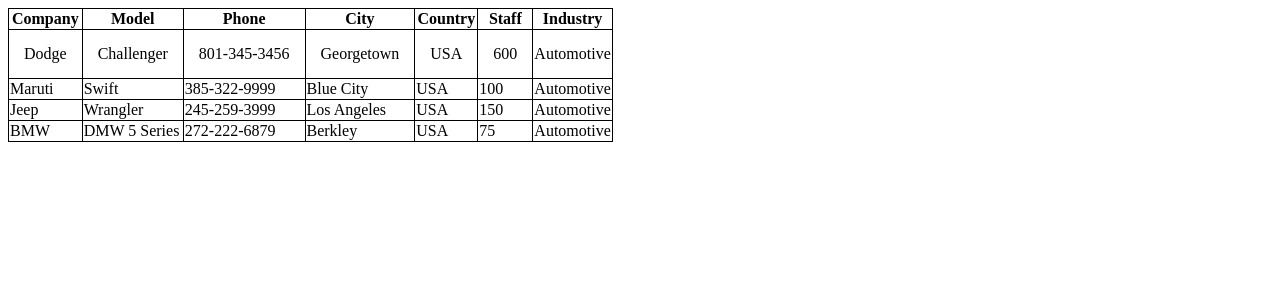
Repository: vgoins-RA2022/HTML-2
Page: index.html
An editor plug-in stored every save of this project. The page is shown before and after the next save, followed by the edit.
The browser window is 1280 px wide. The pictures show the whole page.

Above is the page before, as saved 2023-01-21 22:25:50.

### index.html
<!DOCTYPE html>
<html lang="en">

<head>
  <meta charset="UTF-8">
  <meta name="viewport" content="width=device-width, initial-scale=1">
  <link rel="stylesheet" href="../HTML-2/src/css/Style.css" type="text/css">
  <title>HTML Table Assignment 2</title>
</head>

<body>
  <!-- Build Table -->
  <table>
    <thead>
      <tr>
        <!-- Name colomn headings -->
        <th>Company</th>
        <th>Model</th>
        <th>Phone</th>
        <th>City</th>
        <th>Country</th>
        <th>Staff</th>
        <th>Industry</th>
      </tr>
    </thead>
    <tbody>
      <tr>
        <!--Beginning table data  -->
        <td class="table-cell-padding">Dodge</td>
        <td class="table-cell-padding">Challenger</td>
        <td class="table-cell-padding">801-345-3456</td>
        <td class="table-cell-padding">Georgetown</td>
        <td class="table-cell-padding">USA</td>
        <td class="table-cell-padding">600</td>
        <td>Automotive</td>
      </tr>
       <tr>
        <td>Maruti</td>
        <td>Swift</td>
        <td>385-322-9999</td>
        <td>Blue City</td>
        <td>USA</td>
        <td>100</td>
        <td>Automotive</td>
      </tr><tr>
        <td>Jeep</td>
        <td>Wrangler</td>
        <td>245-259-3999</td>
        <td>Los Angeles</td>
        <td>USA</td>
        <td>150</td>
        <td>Automotive</td>
      </tr>
      <tr>
        <td>BMW</td>
        <td>DMW 5 Series</td>
        <td>272-222-6879</td>
        <td>Berkley</td>
        <td>USA</td>
        <td>75</td>
        <td>Automotive</td>
      </tr>
    </tbody>
    <!-- Ending table data -->
  </table>

 </body>

</html>

### src/css/Style.css

table, th, td {
  border: 1px solid black;
  border-collapse: collapse;
}

  .table-cell-padding {
    padding: 15px;
  }

After the next save:
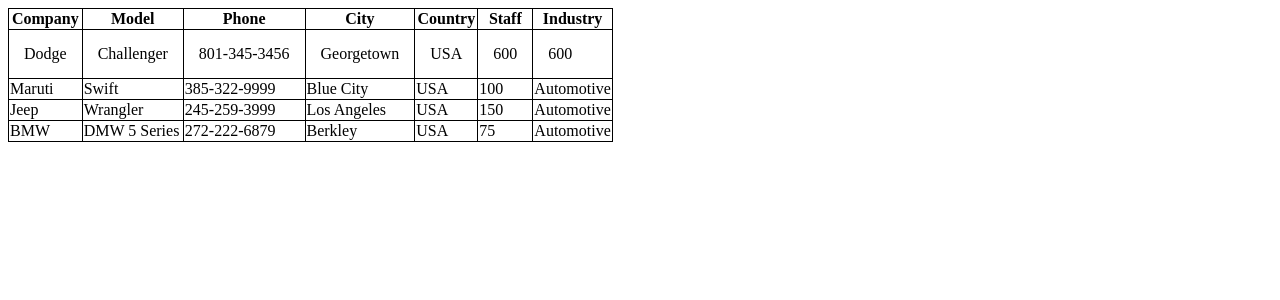
Saved 14 s later.
--- a/index.html
+++ b/index.html
@@ -32,7 +32,7 @@
         <td class="table-cell-padding">Georgetown</td>
         <td class="table-cell-padding">USA</td>
         <td class="table-cell-padding">600</td>
-        <td>Automotive</td>
+        <td class="table-cell-padding">600</td>
       </tr>
        <tr>
         <td>Maruti</td>
